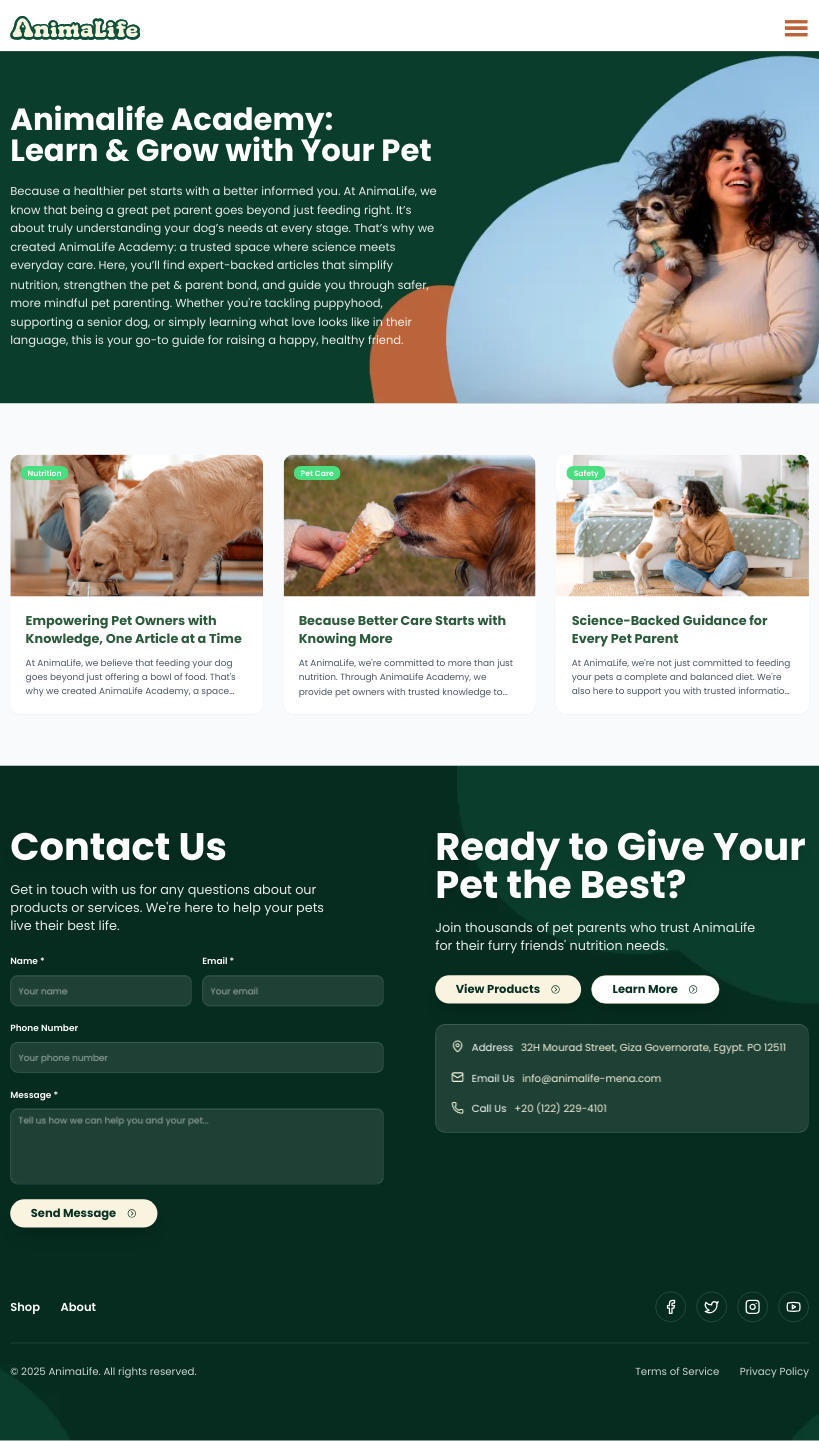
Repository: the-jupiteragency/animalife
Page: /academy
An editor plug-in stored every save of this project. The page is shown before and after the next save, followed by the edit.
The browser window is 1280 px wide. The pictures show the whole page, at 64% of full size.
The project was rebuilt for these pictures with package versions that can differ from the ones it lists, and the page was loaded fresh each time. The framework's server and built-in components were replaced by stand-ins that run in the browser. Also part of the build but not shown: next.config.mjs.

Above is the page before, as saved 2025-08-05 09:33:01.

### app/layout.tsx
import type { Metadata, Viewport } from "next";
import "./globals.css";
import { Header } from "@/components/header";
import { Footer } from "@/components/footer";
import Script from "next/script";

export const metadata: Metadata = {
  metadataBase: new URL('https://animalife.vercel.app'),
  title: {
    default: "AnimaLife | Science-Driven Pet Nutrition & Wellness",
    template: "%s | AnimaLife"
  },
  description:
    "AnimaLife offers science-driven, complete, and balanced nutrition for pets. Discover products tailored to your pet's unique needs, expert advice, and a passionate community of animal lovers.",
  keywords: [
    "AnimaLife",
    "pet nutrition",
    "dog food",
    "cat food",
    "science-based pet care",
    "pet wellness",
    "healthy pets",
    "animal health",
    "pet products",
    "pet academy",
    "pet community",
    "premium pet food",
    "natural pet nutrition",
    "pet health supplements"
  ],
  authors: [{ name: "AnimaLife Team", url: "https://animalife.vercel.app" }],
  creator: "AnimaLife",
  publisher: "AnimaLife",
  formatDetection: {
    email: false,
    address: false,
    telephone: false,
  },
  category: 'Pet Care',
  classification: 'Pet Nutrition and Wellness',
  openGraph: {
    title: "AnimaLife | Science-Driven Pet Nutrition & Wellness",
    description:
      "AnimaLife offers science-driven, complete, and balanced nutrition for pets. Discover products tailored to your pet's unique needs, expert advice, and a passionate community of animal lovers.",
    url: "https://animalife.vercel.app",
    siteName: "AnimaLife",
    images: [
      {
        url: "/hero1.webp",
        width: 1200,
        height: 630,
        alt: "AnimaLife - Science-Driven Pet Nutrition",
      },
    ],
    locale: "en_US",
    type: "website",
  },
  twitter: {
    card: 'summary_large_image',
    title: 'AnimaLife | Science-Driven Pet Nutrition & Wellness',
    description: 'AnimaLife offers science-driven, complete, and balanced nutrition for pets. Discover products tailored to your pet\'s unique needs.',
    images: ['/hero1.webp'],
    creator: '@animalife',
    site: '@animalife'
  },
  robots: {
    index: true,
    follow: true,
    googleBot: {
      index: true,
      follow: true,
      'max-video-preview': -1,
      'max-image-preview': 'large',
      'max-snippet': -1,
    },
  },
  icons: {
    icon: [
      { url: '/favicon.ico' },
      { url: '/favicon.png', type: 'image/png' },
    ],
    shortcut: '/favicon.ico',
    apple: [
      { url: '/apple-touch-icon.png' },
      { url: '/apple-touch-icon-72x72.png', sizes: '72x72', type: 'image/png' },
      { url: '/apple-touch-icon-114x114.png', sizes: '114x114', type: 'image/png' },
    ],
  },
  manifest: '/site.webmanifest',
  alternates: {
    canonical: 'https://animalife.vercel.app',
  },
  verification: {
    google: 'your-google-verification-code',
    yandex: 'your-yandex-verification-code',
    yahoo: 'your-yahoo-verification-code',
  },
};

export const viewport: Viewport = {
  themeColor: "#1B4838",
};

const jsonLd = {
  '@context': 'https://schema.org',
  '@type': 'Organization',
  name: 'AnimaLife',
  url: 'https://animalife.vercel.app',
  logo: 'https://animalife.vercel.app/logo.svg',
  description: 'AnimaLife offers science-driven, complete, and balanced nutrition for pets.',
  contactPoint: {
    '@type': 'ContactPoint',
    contactType: 'Customer Service',
    availableLanguage: 'English'
  },
  sameAs: [
    'https://facebook.com/animalife',
    'https://twitter.com/animalife',
    'https://instagram.com/animalife'
  ],
  address: {
    '@type': 'PostalAddress',
    addressCountry: 'EG'
  }
};

export default function RootLayout({
  children,
}: Readonly<{
  children: React.ReactNode;
}>) {
  return (
    <html lang="en">
      <head>
        <link rel="preconnect" href="https://fonts.googleapis.com" />
        <link rel="preconnect" href="https://fonts.gstatic.com" crossOrigin="anonymous" />
        <link rel="dns-prefetch" href="https://fonts.googleapis.com" />
        <meta name="theme-color" content="#1B4838" />
        <meta name="msapplication-TileColor" content="#1B4838" />
        <meta name="apple-mobile-web-app-capable" content="yes" />
        <meta name="apple-mobile-web-app-status-bar-style" content="default" />
        <meta name="format-detection" content="telephone=no" />
        <Script
          id="json-ld"
          type="application/ld+json"
          dangerouslySetInnerHTML={{ __html: JSON.stringify(jsonLd) }}
        />
      </head>
      <body>
        <Header />
        {children}
        <Footer />
      </body>
    </html>
  );
}

### app/academy/page.tsx
"use client";

import { Card, CardContent } from "@/components/ui/card";
import { Badge } from "@/components/ui/badge";
import Image from "next/image";
import Link from "next/link";
import { Header } from "@/components/header";
import { AcademyPosts } from "@/app/data/academy-posts";

// Remove the hardcoded blogPosts array and use:
const blogPosts = AcademyPosts;

export default function AcademyPage() {
  return (
    <div className="min-h-screen bg-white">
      {/* Header */}
      <Header />
      {/* Add top padding to account for fixed header */}
      <div className="pt-20">
        {/* Hero Banner Section */}
        <section className="relative h-[550px] bg-[#2d5a3d] overflow-hidden">
          <div className="absolute inset-0">
            <Image
              src="/academy-banner.webp"
              alt="Academy Banner"
              fill
              className="object-cover w-full h-full"
              priority
            />
          </div>
          <div className="relative z-10 container mx-auto px-4 h-full flex items-center">
            <div className="max-w-2xl">
              <h1 className="text-4xl md:text-5xl font-bold text-white mb-6">
                Animalife Academy:
                <br />
                Learn & Grow with Your Pet
              </h1>
              <p className="text-lg text-white/90 leading-relaxed">
                Because a healthier pet starts with a better informed you. At
                AnimaLife, we know that being a great pet parent goes beyond
                just feeding right. It’s about truly understanding your dog’s
                needs at every stage. That’s why we created AnimaLife Academy: a
                trusted space where science meets everyday care. Here, you’ll
                find expert-backed articles that simplify nutrition, strengthen
                the pet & parent bond, and guide you through safer, more mindful
                pet parenting. Whether you're tackling puppyhood, supporting a
                senior dog, or simply learning what love looks like in their
                language, this is your go-to guide for raising a happy, healthy
                friend.
              </p>
            </div>
          </div>
        </section>

        {/* Blog Posts Grid */}
        <section className="py-12 md:py-20 bg-gray-50">
          <div className="container mx-auto px-4">
            <div className="grid grid-cols-1 md:grid-cols-2 lg:grid-cols-3 gap-6 md:gap-8">
              {blogPosts.map((post) => (
                <Link key={post.id} href={`/academy/${post.id}`}>
                  <Card className="cursor-pointer transform transition-all duration-300 hover:scale-105 hover:shadow-xl bg-white border-0 rounded-2xl overflow-hidden group">
                    <CardContent className="p-0">
                      <div className="aspect-video relative overflow-hidden">
                        <Image
                          src={post.image || "/placeholder.svg"}
                          alt={post.title}
                          fill
                          className="object-cover w-full h-full group-hover:scale-105 transition-all duration-500"
                          sizes="(max-width: 768px) 100vw, (max-width: 1200px) 50vw, 33vw"
                        />
                        <div className="absolute top-4 left-4">
                          <Badge className="bg-[#4ade80] text-white hover:bg-[#22c55e] group-hover:scale-110 transition-transform duration-300">
                            {post.category}
                          </Badge>
                        </div>
                      </div>

                      <div className="p-4 md:p-6">
                        <h3 className="text-lg md:text-xl font-bold text-[#2d5a3d] mb-3 line-clamp-2 group-hover:text-[#1e3a2a] transition-colors duration-300">
                          {post.title}
                        </h3>
                        <p className="text-gray-600 text-sm leading-relaxed line-clamp-3 group-hover:text-gray-700 transition-colors duration-300">
                          {post.excerpt}
                        </p>
                      </div>
                    </CardContent>
                  </Card>
                </Link>
              ))}
            </div>
          </div>
        </section>
      </div>{" "}
      {/* Close pt-20 div */}
    </div>
  );
}

### components/header.tsx
"use client";

import { useState, useEffect } from "react";
import { Menu, X } from "lucide-react";
import { GiHamburgerMenu } from "react-icons/gi";
import { IoMdCloseCircle } from "react-icons/io";
import { Button } from "@/components/ui/button";
import Link from "next/link";
import Image from "next/image";

export function Header() {
  const [isMenuOpen, setIsMenuOpen] = useState(false);
  const [scrolled, setScrolled] = useState(false);

  useEffect(() => {
    const handleScroll = () => {
      setScrolled(window.scrollY > 10);
    };
    window.addEventListener("scroll", handleScroll);
    return () => window.removeEventListener("scroll", handleScroll);
  }, []);

  return (
    <header
      className={`fixed top-0 left-0 right-0 z-50 transition-colors duration-300 ${
        scrolled ? "bg-[#0A3D2C]" : "bg-transparent"
      }`}
    >
      <div className="container mx-auto px-4 py-4 md:py-6 flex items-center justify-between font-mono font-normal text-base bg-transparent text-[rgba(249,244,223,1)] flex-row">
        <Link
          href="/"
          className="text-white text-xl md:text-2xl font-bold hover:text-green-200 transition-colors"
        >
          <Image
            src="/logo.svg"
            alt="AnimaLife"
            width={120}
            height={120}
            priority
            style={{ width: "auto", height: "auto" }}
          />
        </Link>

        <div
          className="transition-all duration-300 hover:scale-110"
          onClick={() => setIsMenuOpen(!isMenuOpen)}
        >
          {isMenuOpen ? (
            <IoMdCloseCircle
              className={`h-10 w-10 ${scrolled ? "text-white" : "text-[#1B4838]"}`}
            />
          ) : (
            <GiHamburgerMenu
              className={`h-10 w-10 ${scrolled ? "text-white" : "md:text-[#BA643B]"}`}
            />
          )}
        </div>
      </div>

      {/* Menu Overlay */}
      {isMenuOpen && (
        <div className="fixed inset-0 z-50 bg-[#2d5a3d]">
          <div className="absolute top-4 right-4">
            <div
              className="text-white transition-all duration-300 hover:scale-110"
              onClick={() => setIsMenuOpen(false)}
            >
              <IoMdCloseCircle className="h-12 w-12" />
            </div>
          </div>

          <div className="flex items-center justify-center min-h-screen">
            <nav className="text-center space-y-8 md:space-y-12">
              <Link
                href="/"
                className="block text-white text-xl md:text-2xl font-medium hover:text-green-200 transition-colors"
                onClick={() => setIsMenuOpen(false)}
              >
                Home
              </Link>
              <Link
                href="/products"
                className="block text-white text-xl md:text-2xl font-medium hover:text-green-200 transition-colors"
                onClick={() => setIsMenuOpen(false)}
              >
                Our Products
              </Link>
              <Link
                href="/about"
                className="block text-white text-xl md:text-2xl font-medium hover:text-green-200 transition-colors"
                onClick={() => setIsMenuOpen(false)}
              >
                Discover AnimaLife
              </Link>
              <Link
                href="/academy"
                className="block text-white text-xl md:text-2xl font-medium hover:text-green-200 transition-colors"
                onClick={() => setIsMenuOpen(false)}
              >
                AnimaLife Academy
              </Link>
            </nav>
          </div>
        </div>
      )}
    </header>
  );
}

### components/ui/card.tsx
import * as React from "react"

import { cn } from "@/lib/utils"

const Card = React.forwardRef<
  HTMLDivElement,
  React.HTMLAttributes<HTMLDivElement>
>(({ className, ...props }, ref) => (
  <div
    ref={ref}
    className={cn(
      "rounded-lg border bg-card text-card-foreground shadow-sm",
      className
    )}
    {...props}
  />
))
Card.displayName = "Card"

const CardHeader = React.forwardRef<
  HTMLDivElement,
  React.HTMLAttributes<HTMLDivElement>
>(({ className, ...props }, ref) => (
  <div
    ref={ref}
    className={cn("flex flex-col space-y-1.5 p-6", className)}
    {...props}
  />
))
CardHeader.displayName = "CardHeader"

const CardTitle = React.forwardRef<
  HTMLDivElement,
  React.HTMLAttributes<HTMLDivElement>
>(({ className, ...props }, ref) => (
  <div
    ref={ref}
    className={cn(
      "text-2xl font-semibold leading-none tracking-tight",
      className
    )}
    {...props}
  />
))
CardTitle.displayName = "CardTitle"

const CardDescription = React.forwardRef<
  HTMLDivElement,
  React.HTMLAttributes<HTMLDivElement>
>(({ className, ...props }, ref) => (
  <div
    ref={ref}
    className={cn("text-sm text-muted-foreground", className)}
    {...props}
  />
))
CardDescription.displayName = "CardDescription"

const CardContent = React.forwardRef<
  HTMLDivElement,
  React.HTMLAttributes<HTMLDivElement>
>(({ className, ...props }, ref) => (
  <div ref={ref} className={cn("p-6 pt-0", className)} {...props} />
))
CardContent.displayName = "CardContent"

const CardFooter = React.forwardRef<
  HTMLDivElement,
  React.HTMLAttributes<HTMLDivElement>
>(({ className, ...props }, ref) => (
  <div
    ref={ref}
    className={cn("flex items-center p-6 pt-0", className)}
    {...props}
  />
))
CardFooter.displayName = "CardFooter"

export { Card, CardHeader, CardFooter, CardTitle, CardDescription, CardContent }

### components/ui/badge.tsx
import * as React from "react"
import { cva, type VariantProps } from "class-variance-authority"

import { cn } from "@/lib/utils"

const badgeVariants = cva(
  "inline-flex items-center rounded-full border px-2.5 py-0.5 text-xs font-semibold transition-colors focus:outline-none focus:ring-2 focus:ring-ring focus:ring-offset-2",
  {
    variants: {
      variant: {
        default:
          "border-transparent bg-primary text-primary-foreground hover:bg-primary/80",
        secondary:
          "border-transparent bg-secondary text-secondary-foreground hover:bg-secondary/80",
        destructive:
          "border-transparent bg-destructive text-destructive-foreground hover:bg-destructive/80",
        outline: "text-foreground",
      },
    },
    defaultVariants: {
      variant: "default",
    },
  }
)

export interface BadgeProps
  extends React.HTMLAttributes<HTMLDivElement>,
    VariantProps<typeof badgeVariants> {}

function Badge({ className, variant, ...props }: BadgeProps) {
  return (
    <div className={cn(badgeVariants({ variant }), className)} {...props} />
  )
}

export { Badge, badgeVariants }

### components/ui/button.tsx
import * as React from "react";
import { Slot } from "@radix-ui/react-slot";
import { cva, type VariantProps } from "class-variance-authority";

import { cn } from "@/lib/utils";

const buttonVariants = cva(
  "inline-flex items-center justify-center gap-2 whitespace-nowrap rounded-md text-sm font-medium ring-offset-background transition-colors focus-visible:outline-none focus-visible:ring-2 focus-visible:ring-ring focus-visible:ring-offset-2 disabled:pointer-events-none disabled:opacity-50 [&_svg]:pointer-events-none [&_svg]:size-4 [&_svg]:shrink-0",
  {
    variants: {
      variant: {
        default: "bg-primary text-primary-foreground hover:bg-primary/90",
        destructive:
          "bg-destructive text-destructive-foreground hover:bg-destructive/90",
        outline:
          "border border-input bg-background hover:bg-accent hover:text-accent-foreground",
        secondary:
          "bg-secondary text-secondary-foreground hover:bg-secondary/80",
        ghost: "hover:bg-accent hover:text-accent-foreground",
        link: "text-primary underline-offset-4 hover:underline",
        icon: "bg-transparent",
        hover:
          "bg-[#F9F4DF] text-[#0A3024] hover:bg-[#A7552E] hover:text-white",
      },
      size: {
        default: "h-10 px-4 py-2",
        sm: "h-9 rounded-md px-3",
        lg: "h-11 rounded-md px-8",
        icon: "h-10 w-10",
      },
    },
    defaultVariants: {
      variant: "default",
      size: "default",
    },
  }
);

export interface ButtonProps
  extends React.ButtonHTMLAttributes<HTMLButtonElement>,
    VariantProps<typeof buttonVariants> {
  asChild?: boolean;
}

const Button = React.forwardRef<HTMLButtonElement, ButtonProps>(
  ({ className, variant, size, asChild = false, ...props }, ref) => {
    const Comp = asChild ? Slot : "button";
    return (
      <Comp
        className={cn(buttonVariants({ variant, size, className }))}
        ref={ref}
        {...props}
      />
    );
  }
);
Button.displayName = "Button";

export { Button, buttonVariants };

### components/ui/input.tsx
import * as React from "react"

import { cn } from "@/lib/utils"

const Input = React.forwardRef<HTMLInputElement, React.ComponentProps<"input">>(
  ({ className, type, ...props }, ref) => {
    return (
      <input
        type={type}
        className={cn(
          "flex h-10 w-full rounded-md border border-input bg-background px-3 py-2 text-base ring-offset-background file:border-0 file:bg-transparent file:text-sm file:font-medium file:text-foreground placeholder:text-muted-foreground focus-visible:outline-none focus-visible:ring-2 focus-visible:ring-ring focus-visible:ring-offset-2 disabled:cursor-not-allowed disabled:opacity-50 md:text-sm",
          className
        )}
        ref={ref}
        {...props}
      />
    )
  }
)
Input.displayName = "Input"

export { Input }

### tailwind.config.ts
import type { Config } from "tailwindcss";

const config: Config = {
  darkMode: ["class"],
  content: [
    "./pages/**/*.{js,ts,jsx,tsx,mdx}",
    "./components/**/*.{js,ts,jsx,tsx,mdx}",
    "./app/**/*.{js,ts,jsx,tsx,mdx}",
    "*.{js,ts,jsx,tsx,mdx}",
  ],
  theme: {
    extend: {
      colors: {
        background: "hsl(var(--background))",
        foreground: "hsl(var(--foreground))",
        card: {
          DEFAULT: "hsl(var(--card))",
          foreground: "hsl(var(--card-foreground))",
        },
        popover: {
          DEFAULT: "hsl(var(--popover))",
          foreground: "hsl(var(--popover-foreground))",
        },
        primary: {
          DEFAULT: "hsl(var(--primary))",
          foreground: "hsl(var(--primary-foreground))",
        },
        secondary: {
          DEFAULT: "hsl(var(--secondary))",
          foreground: "hsl(var(--secondary-foreground))",
        },
        muted: {
          DEFAULT: "hsl(var(--muted))",
          foreground: "hsl(var(--muted-foreground))",
        },
        accent: {
          DEFAULT: "hsl(var(--accent))",
          foreground: "hsl(var(--accent-foreground))",
        },
        destructive: {
          DEFAULT: "hsl(var(--destructive))",
          foreground: "hsl(var(--destructive-foreground))",
        },
        border: "hsl(var(--border))",
        input: "hsl(var(--input))",
        ring: "hsl(var(--ring))",
        chart: {
          "1": "hsl(var(--chart-1))",
          "2": "hsl(var(--chart-2))",
          "3": "hsl(var(--chart-3))",
          "4": "hsl(var(--chart-4))",
          "5": "hsl(var(--chart-5))",
        },
        sidebar: {
          DEFAULT: "hsl(var(--sidebar-background))",
          foreground: "hsl(var(--sidebar-foreground))",
          primary: "hsl(var(--sidebar-primary))",
          "primary-foreground": "hsl(var(--sidebar-primary-foreground))",
          accent: "hsl(var(--sidebar-accent))",
          "accent-foreground": "hsl(var(--sidebar-accent-foreground))",
          border: "hsl(var(--sidebar-border))",
          ring: "hsl(var(--sidebar-ring))",
        },
      },
      borderRadius: {
        lg: "var(--radius)",
        md: "calc(var(--radius) - 2px)",
        sm: "calc(var(--radius) - 4px)",
      },
      fontFamily: {
        sans: [
          'Poppins',
          '-apple-system',
          'BlinkMacSystemFont',
          'Segoe UI',
          'Roboto',
          'Oxygen',
          'Ubuntu',
          'Cantarell',
          'Fira Sans',
          'Droid Sans',
          'Helvetica Neue',
          'sans-serif'
        ],
        headline: [
          'Co Headline',
          'Poppins',
          '-apple-system',
          'BlinkMacSystemFont',
          'Segoe UI',
          'sans-serif'
        ],
      },
      keyframes: {
        "accordion-down": {
          from: {
            height: "0",
          },
          to: {
            height: "var(--radix-accordion-content-height)",
          },
        },
        "accordion-up": {
          from: {
            height: "var(--radix-accordion-content-height)",
          },
          to: {
            height: "0",
          },
        },
      },
      animation: {
        "accordion-down": "accordion-down 0.2s ease-out",
        "accordion-up": "accordion-up 0.2s ease-out",
      },
    },
  },
  plugins: [require("tailwindcss-animate")],
};
export default config;

Loaded but not shown: components/ui/textarea.tsx (common file); lib/utils.ts (common file); components/footer.tsx (439 lines, source omitted); app/data/academy-posts.ts (242 lines, source omitted); app/globals.css (185 lines, source omitted)

After the next save:
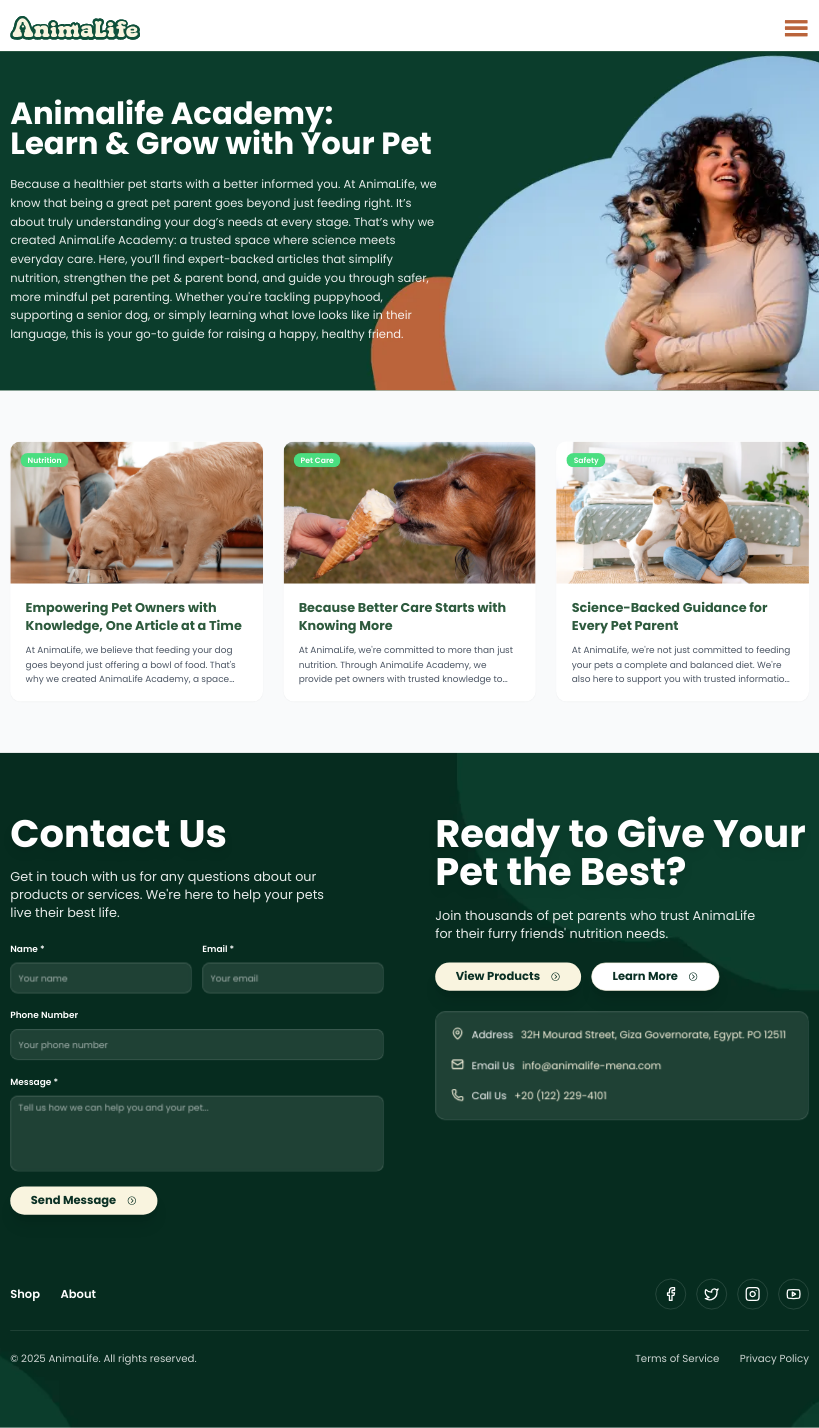
Saved 8 s later.
--- a/app/academy/page.tsx
+++ b/app/academy/page.tsx
@@ -18,7 +18,7 @@
       {/* Add top padding to account for fixed header */}
       <div className="pt-20">
         {/* Hero Banner Section */}
-        <section className="relative h-[550px] bg-[#2d5a3d] overflow-hidden">
+        <section className="relative h-[530px] bg-[#2d5a3d] overflow-hidden">
           <div className="absolute inset-0">
             <Image
               src="/academy-banner.webp"
